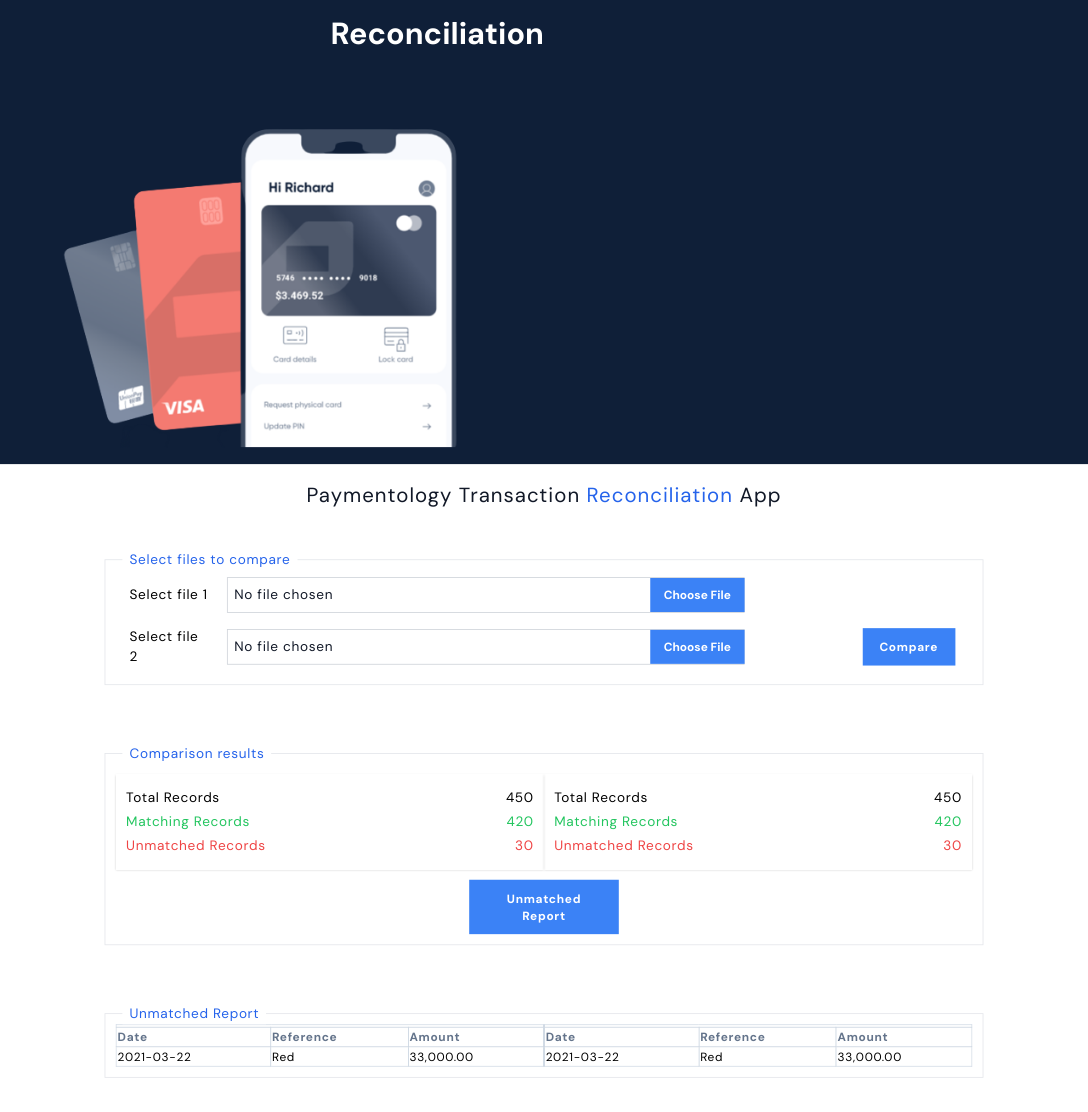
Repository: chionye/paymentology-front
Page: /
These files come from the project's save history. The page is drawn as it stood at one moment and after a run of saves; the edit follows.
The browser window is 1280 px wide. The pictures show the whole page, at 85% of full size.
The project was rebuilt for these pictures with package versions that can differ from the ones it lists, and the page was loaded fresh each time.

Above is the page before, as saved 2022-03-20 13:42:35.

### public/index.html
<!DOCTYPE html>
<html lang="en">
  <head>
    <meta charset="utf-8" />
    <link rel="icon" href="%PUBLIC_URL%/favicon.ico" />
    <meta name="viewport" content="width=device-width, initial-scale=1" />
    <meta name="theme-color" content="#000000" />
    <meta
      name="description"
      content="Web site created using create-react-app"
    />
    <link rel="preconnect" href="https://fonts.googleapis.com">
    <link rel="preconnect" href="https://fonts.gstatic.com" crossorigin>
    <link href="https://fonts.googleapis.com/css2?family=DM+Sans:wght@400;700&display=swap" rel="stylesheet">
    <link rel="apple-touch-icon" href="%PUBLIC_URL%/logo192.png" />
    <!--
      manifest.json provides metadata used when your web app is installed on a
      user's mobile device or desktop. See https://developers.google.com/web/fundamentals/web-app-manifest/
    -->
    <link rel="manifest" href="%PUBLIC_URL%/manifest.json" />
    <!--
      Notice the use of %PUBLIC_URL% in the tags above.
      It will be replaced with the URL of the `public` folder during the build.
      Only files inside the `public` folder can be referenced from the HTML.

      Unlike "/favicon.ico" or "favicon.ico", "%PUBLIC_URL%/favicon.ico" will
      work correctly both with client-side routing and a non-root public URL.
      Learn how to configure a non-root public URL by running `npm run build`.
    -->
    <title>React App</title>
  </head>
  <body>
    <noscript>You need to enable JavaScript to run this app.</noscript>
    <div id="root"></div>
    <!--
      This HTML file is a template.
      If you open it directly in the browser, you will see an empty page.

      You can add webfonts, meta tags, or analytics to this file.
      The build step will place the bundled scripts into the <body> tag.

      To begin the development, run `npm start` or `yarn start`.
      To create a production bundle, use `npm run build` or `yarn build`.
    -->
  </body>
</html>

### src/index.css
@tailwind base;
@tailwind components;
@tailwind utilities;

body {
  margin: 0;
  padding:0;
  box-sizing: border-box;
  font-family: -apple-system, BlinkMacSystemFont, 'Segoe UI', 'Roboto', 'Oxygen',
    'Ubuntu', 'Cantarell', 'Fira Sans', 'Droid Sans', 'Helvetica Neue',
    sans-serif;
  -webkit-font-smoothing: antialiased;
  -moz-osx-font-smoothing: grayscale;
  font-family: 'DM Sans', sans-serif;
}

input[type=file]::file-selector-button {
  position: absolute;
  right:-5px;
  top:0;

}
input[type=file]::-ms-browse {
  position: absolute;
  right:-5px;
  top:0;
}

input[type=file]::-webkit-file-upload-button {
  position: absolute;
  right:-5px;
  top:0;
}

### src/App.js
import Banner from "./components/Banner";
import CompareFiles from "./components/CompareFiles";
import { FileProvider } from "./context/index.context";
import Results from "./components/Results";
import Report from "./components/Report";
import Title from "./components/Title";

function App() {
  return (
    <FileProvider>
      <Banner />
      <Title />

      <CompareFiles />
      <Results />
      <Report />
    </FileProvider>

  );
}

export default App;

### src/components/Banner.js
import BannerImg from "../assets/PaymentologyImg.png";
import Container from "./Container";
const Banner = () => {
    const style = {
        background: "#0f1f38"
    }
    return(
        <div style={style} >
            <Container>
                <div className="flex flex-col md:flex-row md:justify-between md:items-center">

                </div>
            <div className="w-1/2 text-white text-4xl font-bold text-right">
                <h1>Reconciliation</h1>
            </div>
            <div className="w-1/2 ">
                <img src={BannerImg} alt="Banner" />
            </div>
            </Container>



        </div>
    )
}

export default Banner;

### src/components/CompareFiles.js
import Button from "./Button";
import Container from "./Container";
import InputFile from "./InputFile";
import Section from "./Section";
import { useFileContext } from "../context/index.context";

const CompareFiles = () => {
    const {file, setFile} = useFileContext();

    const saveFile_1 = e => {
        setFile({
            ...file,
            file1: e.target.files[0],
            fileName1: e.target.files[0].name
        })
    }

    const saveFile_2 = e => {
        setFile({
            ...file,
            file2: e.target.files[0],
            fileName2: e.target.files[0].name
        })
    }

    return(
        <Container>
            <Section title={"Select files to compare"}>
                <InputFile
                file={"Select file 1"}
                handleFile={saveFile_1}
                 />
                <div className="flex flex-col md:flex-row md:items-center md:justify-between">
                    <InputFile
                    file={"Select file 2"}
                    handleFile={saveFile_2}
                    />
                    <div className="my-3 md:my-0 md:mr-5">

                    <Button width={"w-full"} label={"Compare"} />
                    </div>

                </div>
            </Section>
        </Container>

    )
}

export default CompareFiles;

### src/context/index.context.js
import { createContext, useContext, useState } from "react";

const FileContext = createContext(null);

export const FileProvider = ({children}) => {
     const [file, setFile] = useState({
        file1: '',
        fileName1: '',
        file2:'',
        fileName2: ''
    });

    return(
        <FileContext.Provider value={{file, setFile}}>
            {children}
        </FileContext.Provider>
    )
}

export const useFileContext = () => useContext(FileContext);

### src/components/Results.js
import Button from "./Button";
import Container from "./Container";
import FileSummary from "./FileSummary";
import Section from "./Section";
import { useFileContext } from "../context/index.context";

const Results = () => {
    const { file } = useFileContext();
    return(
        <Container>
            <Section title={"Comparison results"}>
                <div className="flex flex-col md:flex-row md:justify-between md:items-center">
                    <FileSummary
                        fileName={file.fileName1}
                        totalRecords={450}
                        matchingRecords={420}
                        unmatchedRecords={30}
                    />
                    <FileSummary
                        fileName={file.fileName2}
                        totalRecords={450}
                        matchingRecords={420}
                        unmatchedRecords={30}
                    />
                </div>
                <div className="md:flex md:w-44 md:justify-center md:mx-auto">
                        <Button width={"w-full"} label={"Unmatched Report"} />
                </div>
            </Section>
        </Container>
    )
}

export default Results;

### src/components/Report.js
import Container from "./Container";
import Section from "./Section";
import FileReports from "./FileReports";


const Report = () => {

    return(
        <Container>
            <Section title={"Unmatched Report"}>
                <FileReports />
            </Section>
        </Container>
    )
}

export default Report;

### src/components/Title.js
import Container from "./Container"

const Title = () => {
    return(
        <Container>
            <div className="md:w-5/6 mx-auto">
                <h1 className="font-medium tracking-wider text-center  leading-loose text-xl md:text-2xl text-gray-900">Paymentology Transaction <span className="text-blue-600">Reconciliation</span> App</h1>

            </div>
        </Container>
    )
}

export default Title;

### src/components/Container.js
const Container = (props) => {

    return <div className="p-5 mx-auto">{props.children}</div>
}
export default Container;

### src/components/Button.js
const Button = (props) => {

    return <button className={`${props.width} bg-blue-500 hover:bg-blue-700 py-3 px-5 text-sm text-white font-semibold`} disabled={true}>{props.label}</button>
}

export default Button;

### src/components/InputFile.js


const InputFile = (props) => {


    return(
        <div className="flex flex-col md:flex-row w-full md:w-3/4 md:items-center md:justify-between text-sm md:text-base tracking-wider my-2 md:px-4">
            <label className="w-28 ">{props.file}</label>
            <div className="w-full border border-1 border-gray-300 py-2.5 sm:py-2 relative md:ml-5">
                <input type="file"
                        className="block
                        font-medium
                        tracking-wider
                        w-full
                        pl-2
                        appearance-none
                        text-gray-900
                        file:py-2.5
                        file:px-4
                        file:border-0
                        file:text-sm
                        file:font-semibold
                        file:bg-blue-500
                        hover:file:bg-blue-700
                        file:text-white"
                        onChange={props.handleFile}
                    />
            </div>

        </div>
    )
}

export default InputFile;

### src/components/Section.js

const Section = (props) => {
    return(
        <div className="relative md:w-5/6  h-auto p-3 border border-1 border-gray mx-auto my-5 tracking-wider">
            <div className="absolute font-medium -top-3 left-1 md:left-5 bg-white  text-blue-600 px-2">{props.title}</div>
            {props.children}
        </div>
    )
}

export default Section;

### src/components/FileSummary.js
const FileSummary = (props) => {
    return(
        <div className="shadow text-sm md:text-base p-3 my-3 w-full md:w-1/2  max-w-lg tracking-wider ">
            <div className="font-semibold text-xl">{props.fileName}</div>
            <div className="flex flex-row justify-between my-1">
                <span>Total Records</span>
                <span>{props.totalRecords}</span>
            </div>
            <div className="flex flex-row justify-between my-1 text-green-500">
                <span>Matching Records</span>
                <span>{props.matchingRecords}</span>
            </div>
            <div className="flex flex-row justify-between my-1 text-red-500">
                <span>Unmatched Records</span>
                <span>{props.unmatchedRecords}</span>
            </div>
        </div>
    )
}

export default FileSummary;

### src/components/FileReports.js
import { useFileContext } from "../context/index.context";
import FileReport from './FileReport';

const FileReports = () => {
    const {file} = useFileContext();

    return(
        <div className="w-full overflow-x-scroll flex flex-row">
            <FileReport
                fileName={file.fileName1}
                date={'2021-03-22'}
                reference={'Red'}
                amount={'33,000.00'}
            />
            <FileReport
                fileName={file.fileName2}
                date={'2021-03-22'}
                reference={'Red'}
                amount={'33,000.00'}
            />
        </div>

    )
}

export default FileReports;

### src/components/FileReport.js
const FileReport = (props) => {
    return(
        <table className="w-full border-collapse border-gray-300 text-sm">
            <thead>
                <tr className="text-left">
                    <th className="font-medium text-base border border-slate-300" colSpan={3} >{props.fileName}</th>
                </tr>
                <tr className="text-left text-slate-500">
                    <th className="border border-slate-300">Date</th>
                    <th className="border border-slate-300">Reference</th>
                    <th className="border border-slate-300">Amount</th>
                </tr>
            </thead>
            <tbody>
                <tr>
                    <td className="border border-slate-300">{props.date}</td>
                    <td className="border border-slate-300">{props.reference}</td>
                    <td className="border border-slate-300">{props.amount}</td>
                </tr>
            </tbody>
        </table>
    )
}

export default FileReport;

Loaded but not shown: src/index.js (common file); src/reportWebVitals.js (common file); tailwind.config.js (common file)

After the next 2 saves:
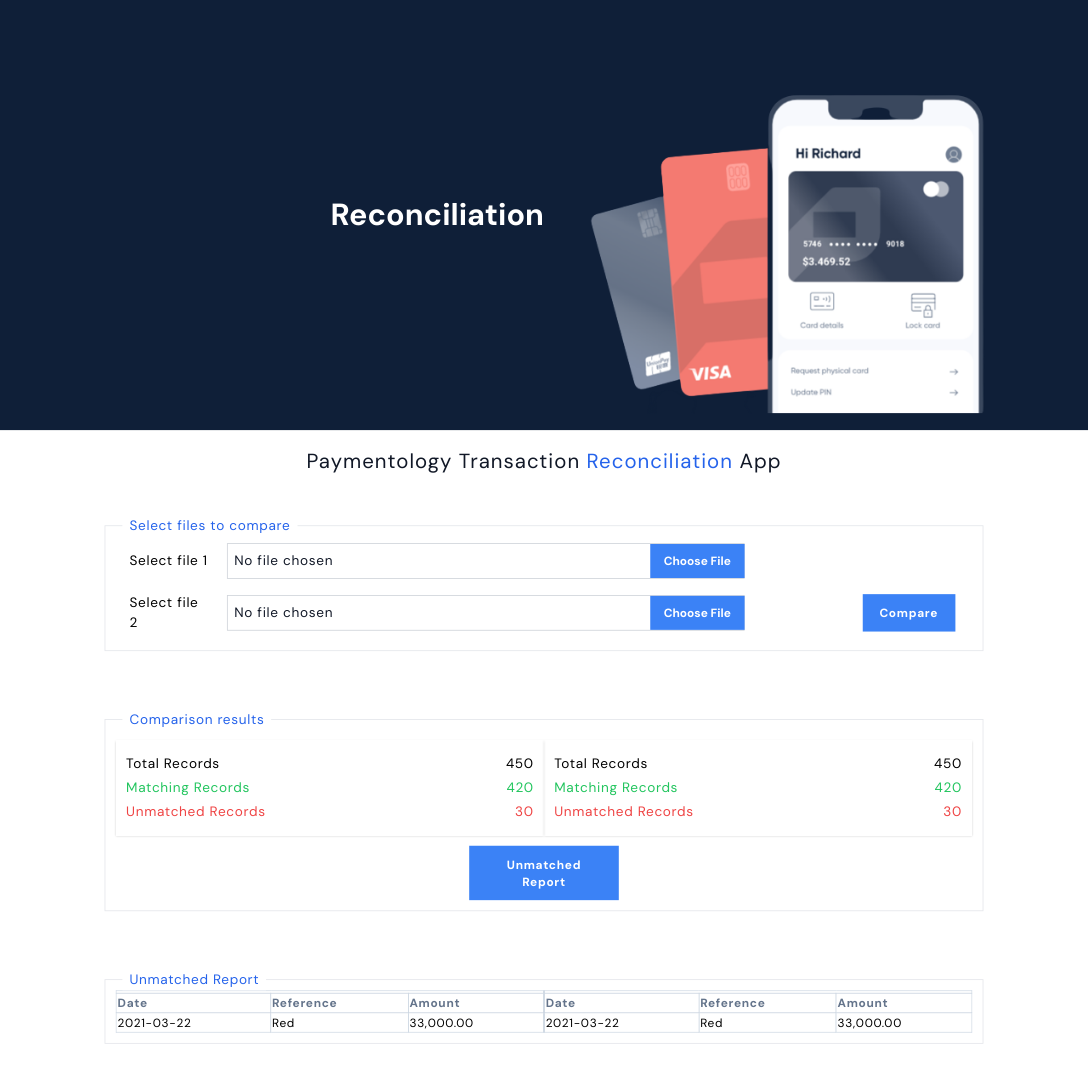
The 2 saves are shown as one change because they came seconds apart.
The last was saved 11 s later.
--- a/src/components/Banner.js
+++ b/src/components/Banner.js
@@ -8,14 +8,14 @@ const Banner = () => {
         <div style={style} >
             <Container>
                 <div className="flex flex-col md:flex-row md:justify-between md:items-center">
+                <div className="w-1/2 text-white text-4xl font-bold text-right">
+                        <h1>Reconciliation</h1>
+                    </div>
+                    <div className="w-1/2 ">
+                        <img src={BannerImg} alt="Banner" />
+                    </div>
+                </div>
 
-                </div>
-            <div className="w-1/2 text-white text-4xl font-bold text-right">
-                <h1>Reconciliation</h1>
-            </div>
-            <div className="w-1/2 ">
-                <img src={BannerImg} alt="Banner" />
-            </div>
             </Container>
 
 
